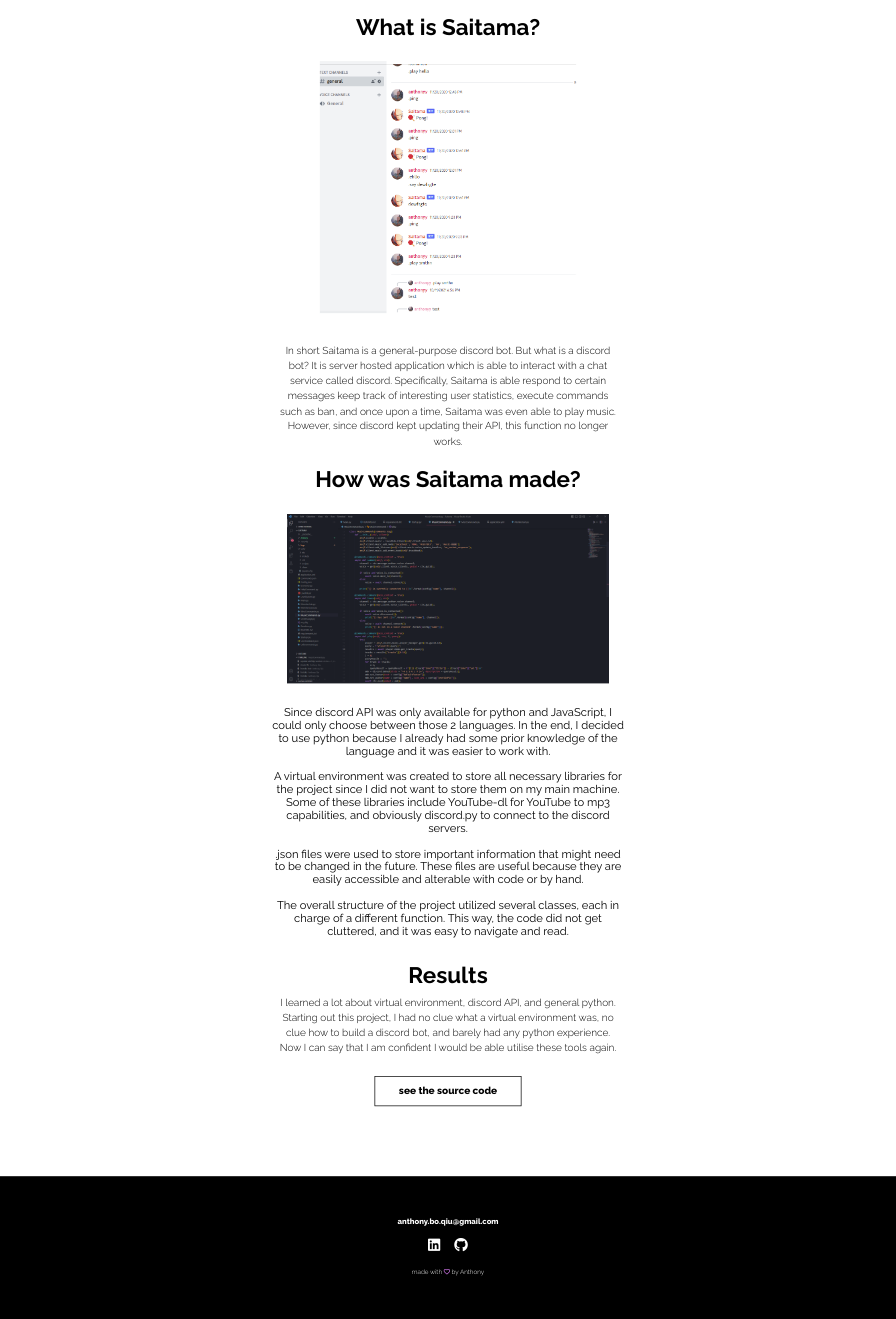
Repository: 7UM1N/anthonyq.github.io
Page: saitama.html
These files come from the project's save history. The page is drawn as it stood at one moment and after the next save; the edit follows.
The browser window is 1280 px wide. The pictures show the part of the page from y = 816 to 2736 px (the page is 2700 px tall before and 2736 px after), at 70% of full size.

Above is the page before, as saved 2023-01-09 22:37:16.

After the next save:
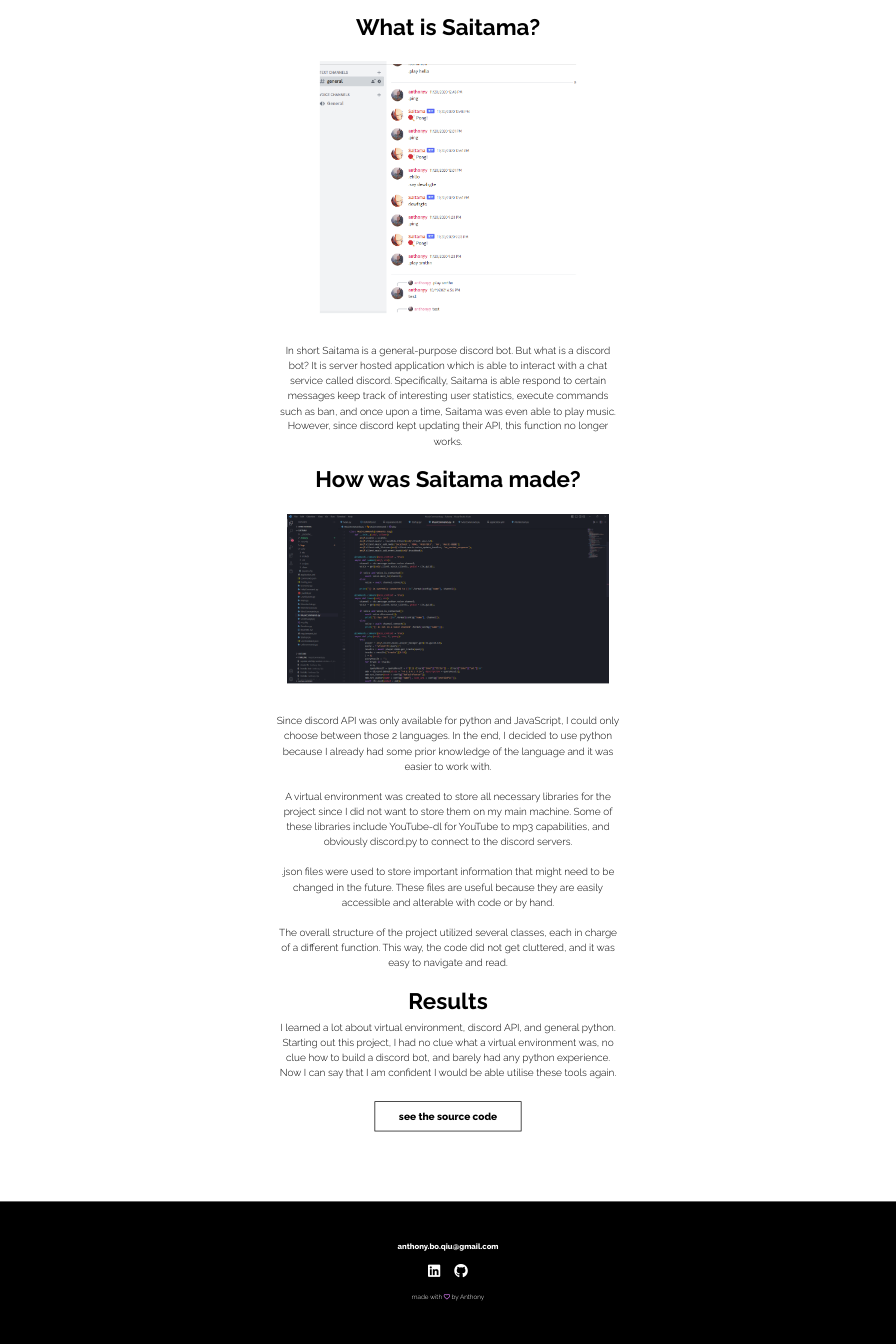
Saved 22 s later.
--- a/saitama.html
+++ b/saitama.html
@@ -50,7 +50,7 @@
                 In short Saitama is a general-purpose discord bot. But what is a discord bot? It is server hosted application which is able to interact with a chat service called discord. Specifically, Saitama is able respond to certain messages keep track of interesting user statistics, execute commands such as ban, and once upon a time, Saitama was even able to play music. However, since discord kept updating their API, this function no longer works.
             </p>
             <h2>How was Saitama made?</h2>
-            <img src="img/saitama/saitama-editor.png"
+            <img src="img/saitama/saitama-editor.png">
             <p>
                 Since discord API was only available for python and JavaScript, I could only choose between those 2 languages. In the end, I decided to use python because I already had some prior knowledge of the language and it was easier to work with.
                 <br><br>A virtual environment was created to store all necessary libraries for the project since I did not want to store them on my main machine. Some of these libraries include YouTube-dl for YouTube to mp3 capabilities, and obviously discord.py to connect to the discord servers.
